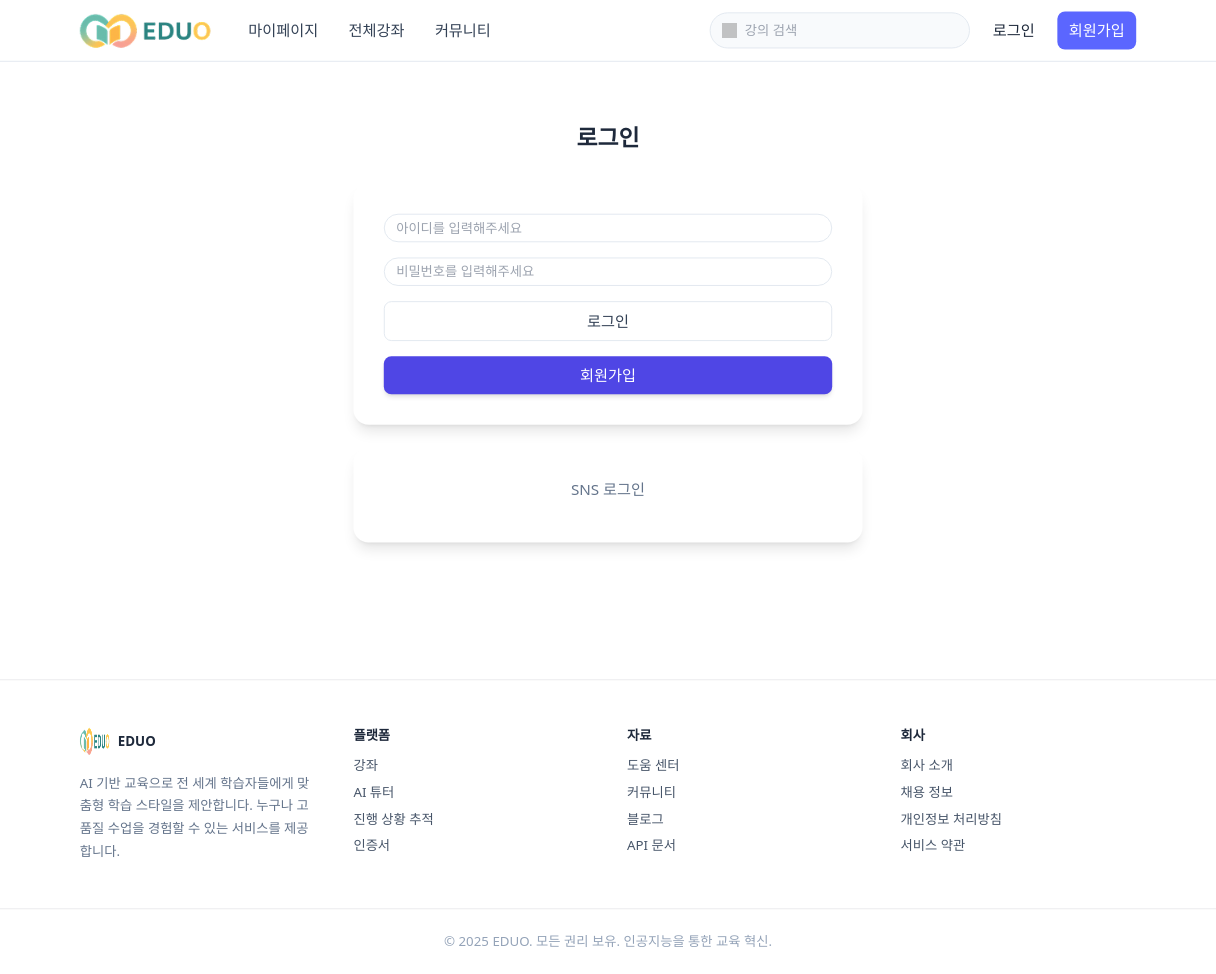
Repository: Iimchaehoon/eduoproject
Page: /login (app in client/)
An editor plug-in stored every save of this project. The page is shown before and after the next save, followed by the edit.
The browser window is 1280 px wide. The pictures show the whole page, at 95% of full size.
Pictures or frames that could not be fetched are drawn as grey boxes. The project was rebuilt for these pictures with package versions that can differ from the ones it lists, and the page was loaded fresh each time. Also part of the build but not shown: client/vite.config.js, client/src/shared/CourseCard.jsx, client/src/pages/Home.jsx, client/src/pages/Search.jsx, client/src/pages/Community.jsx, client/src/pages/Register.jsx, client/src/pages/MyPage.jsx, client/src/components/ai/AICoach.jsx and 5 more.

Above is the page before, as saved 2025-10-17 21:46:48.

### client/index.html
<!doctype html>
<html lang="ko">
  <head>
    <meta charset="UTF-8" />
    <meta name="viewport" content="width=device-width, initial-scale=1.0" />
    <title>EDUO</title>
    <link rel="icon" href="/img/main_logo.png" />
  </head>
  <body>
    <div id="root"></div>
    <script type="module" src="/src/main.jsx"></script>
  </body>
</html>

### client/src/main.jsx
// client/src/main.jsx
import React from "react";
import { createRoot } from "react-dom/client";
import { createBrowserRouter, RouterProvider } from "react-router-dom";
import "./styles/tailwind.css";

import App from "./pages/App.jsx";
import Home from "./pages/Home.jsx";
import Search from "./pages/Search.jsx";
import Community from "./pages/Community.jsx";
import Login from "./pages/Login.jsx";
import Register from "./pages/Register.jsx";
import MyPage from "./pages/MyPage.jsx";
import Course from "./pages/Course.jsx";
import CourseEval from "./pages/CourseEval.jsx";
import CourseReview from "./pages/CourseReview.jsx";

// 간단한 NotFound 컴포넌트(원하면 별도 파일로 빼도 됨)
const NotFound = () => (
  <div className="max-w-6xl mx-auto px-5 py-24 text-center">
    <div className="text-2xl font-bold">페이지를 찾을 수 없어요</div>
    <a href="/" className="btn btn-primary mt-5">홈으로 가기</a>
  </div>
);

const router = createBrowserRouter([
  {
    element: <App />,        // 공통 레이아웃
    children: [
      { index: true, element: <Home /> },
      { path: "search", element: <Search /> },
      { path: "community", element: <Community /> },
      { path: "login", element: <Login /> },
      { path: "register", element: <Register /> },
      { path: "mypage", element: <MyPage /> },

      { path: "course/:courseId", element: <Course /> },
      { path: "course/:courseId/eval", element: <CourseEval /> },
      { path: "course/:courseId/review", element: <CourseReview /> },

      { path: "*", element: <NotFound /> },
    ],
  },
]);

createRoot(document.getElementById("root")).render(
  <React.StrictMode>
    <RouterProvider router={router} />
  </React.StrictMode>
);

### client/src/styles/tailwind.css
/* client/src/styles/tailwind.css */
@tailwind base;
@tailwind components;
@tailwind utilities;

/* 기본 글자색을 Tailwind 내장 컬러로 */
@layer base {
  body { @apply text-slate-800 antialiased; }
}

/* 커스텀 유틸(전부 Tailwind 기본 유틸로 구성) */
@layer utilities {
  .card { @apply bg-white rounded-2xl shadow-lg; }

  .pill {
    @apply px-3 py-1 rounded-full bg-white text-sm
           border border-slate-200 text-slate-600 hover:border-indigo-500;
  }

  .btn {
    @apply inline-flex items-center justify-center rounded-lg px-4 py-2
           font-medium transition-transform duration-200 ease-out hover:scale-[1.03];
  }

  .btn-primary { @apply bg-indigo-600 text-white shadow-md hover:shadow-lg; }

  .btn-ghost { @apply bg-white text-slate-700 border border-slate-200 hover:text-slate-900; }

  .badge { @apply text-xs px-2 py-0.5 rounded-full bg-indigo-50 text-indigo-600 border border-indigo-100; }

  /* 카드, 버튼 공통 호버 효과(10% 확대) */
  .hover-grow { transition: transform 300ms ease, box-shadow 300ms ease; }
  .hover-grow:hover { transform: scale(1.1); }
}

### client/src/pages/App.jsx
// client/src/pages/App.jsx
import { Outlet } from "react-router-dom";
import Navbar from "../components/Navbar.jsx";
import Footer from "../components/Footer.jsx";

export default function App() {
  return (
    <div className="min-h-screen flex flex-col">
      <Navbar />
      <main className="flex-1">
        {/* 자식 라우트가 여기 렌더링 됩니다 */}
        <Outlet />
      </main>
      <Footer />
    </div>
  );
}

### client/src/pages/Login.jsx
export default function Login(){
  return (
    <div className="max-w-xl mx-auto px-5 py-16">
      <h1 className="text-center text-2xl font-bold mb-8">로그인</h1>
      <div className="card p-8 space-y-4">
        <input className="pill w-full" placeholder="아이디를 입력해주세요" />
        <input className="pill w-full" type="password" placeholder="비밀번호를 입력해주세요" />
        <button className="btn btn-ghost w-full">로그인</button>
        <button className="btn btn-primary w-full">회원가입</button>
      </div>
      <div className="card p-8 mt-6">
        <div className="text-center text-slate-500 mb-3">SNS 로그인</div>

      </div>
    </div>
  )
}

### client/src/components/Navbar.jsx
import { Link, NavLink } from "react-router-dom";

export default function Navbar() {
  const Item = ({ to, children }) => (
    <NavLink
      to={to}
      className={({ isActive }) =>
        `px-3 py-2 rounded-lg hover:bg-slate-100 ${isActive ? "text-[#5B66FF]" : "text-slate-700"}`
      }
    >
      {children}
    </NavLink>
  );
  return (
    <header className="bg-white/80 backdrop-blur sticky top-0 z-50 border-b border-slate-200">
      <div className="max-w-6xl mx-auto px-5 h-16 flex items-center gap-6">
        <Link to="/" className="flex items-center gap-2">
          {/* 비율 유지 + 사이즈 키움 */}
          <img
            src="/img/main_logo.png"
            alt="EDUO"
            className="h-8 sm:h-10 w-auto object-contain"
            draggable={false}
          />
          <span className="sr-only">EDUO</span>
        </Link>

        <nav className="hidden md:flex items-center gap-2">
          <Item to="/mypage">마이페이지</Item>
          <Item to="/search">전체강좌</Item>
          <Item to="/community">커뮤니티</Item>
        </nav>

        <div className="ml-auto flex items-center gap-3">
          <div className="hidden md:flex items-center gap-2 rounded-full bg-slate-50 border border-slate-200 px-3 py-2">
            <img src="/img/search.png" className="w-4 h-4 opacity-60" alt="" />
            <input placeholder="강의 검색" className="bg-transparent outline-none text-sm w-56" />
          </div>
          <Link to="/login" className="px-3 py-2 rounded-lg hover:bg-slate-100">로그인</Link>
          <Link to="/register" className="px-3 py-2 rounded-lg bg-[#5B66FF] text-white">회원가입</Link>
        </div>
      </div>
    </header>
  );
}

### client/src/components/Footer.jsx
export default function Footer(){
  return (
    <footer className="border-t border-skin-ring bg-white mt-20">
      <div className="max-w-6xl mx-auto px-5 py-12 grid md:grid-cols-4 gap-10 text-sm">
        <div>
          <div className="flex items-center gap-2 mb-4">
            <img src="/img/main_logo.png" className="h-8 w-8 rounded-full" alt="" />
            <div className="font-semibold">EDUO</div>
          </div>
          <p className="text-slate-500 leading-6">AI 기반 교육으로 전 세계 학습자들에게 맞춤형 학습 스타일을 제안합니다. 누구나 고품질 수업을 경험할 수 있는 서비스를 제공합니다.</p>
        </div>
        <div>
          <div className="font-semibold mb-3">플랫폼</div>
          <ul className="space-y-2 text-slate-600">
            <li>강좌</li><li>AI 튜터</li><li>진행 상황 추적</li><li>인증서</li>
          </ul>
        </div>
        <div>
          <div className="font-semibold mb-3">자료</div>
          <ul className="space-y-2 text-slate-600">
            <li>도움 센터</li><li>커뮤니티</li><li>블로그</li><li>API 문서</li>
          </ul>
        </div>
        <div>
          <div className="font-semibold mb-3">회사</div>
          <ul className="space-y-2 text-slate-600">
            <li>회사 소개</li><li>채용 정보</li><li>개인정보 처리방침</li><li>서비스 약관</li>
          </ul>
        </div>
      </div>
      <div className="text-center text-slate-400 text-sm py-6 border-t border-skin-ring">© 2025 EDUO. 모든 권리 보유. 인공지능을 통한 교육 혁신.</div>
    </footer>
  )
}

### client/tailwind.config.js
/** @type {import('tailwindcss').Config} */
export default {
  content: ["./index.html", "./src/**/*.{js,jsx,ts,tsx}"],
  theme: {
    extend: {
      colors: {
        primary: "#2C6BFF",
        // 'text-ink'가 나오도록 DEFAULT 추가 (나머지 shade는 유지)
        ink: {
          DEFAULT: "#0F1B2D",   // ← 이 줄 추가
          900: "#0f172a",
          700: "#334155",
          500: "#64748b",
        },
        // border-skin-ring 클래스는 이미 작동함
        skin: { base: "#f7f9fc", ring: "rgba(15,23,42,0.08)" },
      },
      boxShadow: {
        soft: "0 6px 18px rgba(2, 6, 23, 0.06)",
        // 카드 그림자 추가 (tailwind.css의 shadow-card 대응)
        card: "0 18px 44px rgba(23,38,80,0.20)",  // ← 이 줄 추가
      },
      // tailwind.css에서 쓰는 ease-pleasant 대응
      transitionTimingFunction: {
        pleasant: "cubic-bezier(.22,.61,.36,1)", // ← 이 블록 추가
      },
      // 필요하면 쓰고, 안 쓰면 그대로 둬도 됨
      borderRadius: { xl2: "1rem" },
    },
  },
  plugins: [],
};

After the next save:
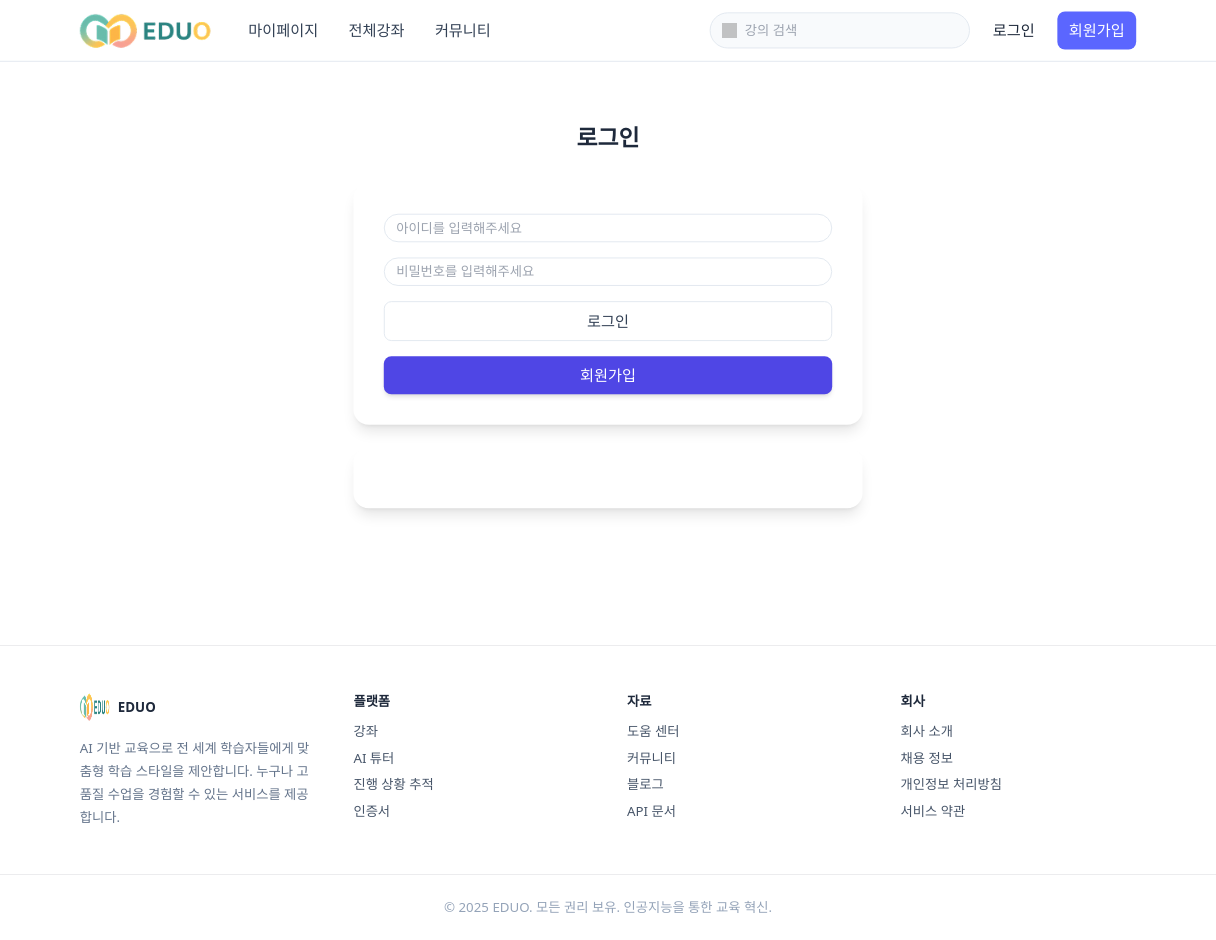
Saved 5 s later.
--- a/client/src/pages/Login.jsx
+++ b/client/src/pages/Login.jsx
@@ -9,7 +9,7 @@ export default function Login(){
         <button className="btn btn-primary w-full">회원가입</button>
       </div>
       <div className="card p-8 mt-6">
-        <div className="text-center text-slate-500 mb-3">SNS 로그인</div>
+
 
       </div>
     </div>
